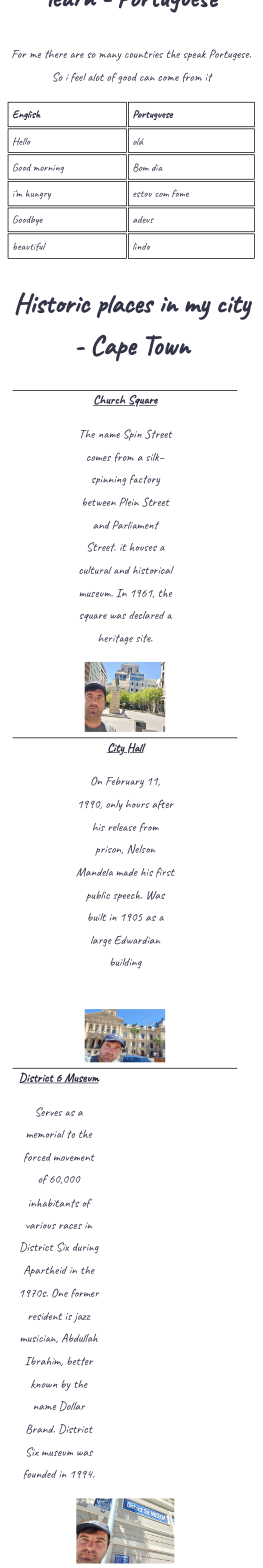
Repository: lasity34/basic-webpage
Page: my - webpage - grid.html
These files come from the project's save history. The page is drawn as it stood at one moment and after the next save; the edit follows.
The browser window is 375 px wide. The pictures show the part of the page from y = 972 to 3212 px (the page is 3212 px tall before and 2736 px after), at 70% of full size.

Above is the page before, as saved 2023-03-06 14:56:06.

### my - webpage - grid.html
<!DOCTYPE html>
<html lang="en">
  <link rel="stylesheet" type="text/css" href="simple-grid.css" />
  <!-- <link rel="stylesheet" type="text/css" href="styles.css" /> -->
  <link rel="preconnect" href="https://fonts.googleapis.com" />
  <link rel="preconnect" href="https://fonts.gstatic.com" crossorigin />
  <link
    href="https://fonts.googleapis.com/css2?family=Caveat&display=swap"
    rel="stylesheet"
  />

  <head>
    <meta charset="UTF-8" />
    <meta http-equiv="X-UA-Compatible" content="IE=edge" />
    <meta name="viewport" content="width=device-width, initial-scale=1.0" />
    <title>Bjorns Profile Reponsive</title>
  </head>
  <body>
    <main>
      <section id="profile_section">
        <h1 id="profile_name col-3">Bjorn Worrall</h1>
        <img
          class="col-4-sm"
          id="profile_img"
          src="../images/profile.jpg"
          alt="A picture of me with table Mountain at the back"
        />
      </section>
      <section id="city_section">
        <div id="city_container">
          <h1>City I would like to visit - Zurich</h1>
          <img src="../images/zurich.jpg" width="100%" />
        </div>
        <p>
          Zurich is firstly the Captial of Switzerland. A country that has a lot
          of beauty to it. Zurich sits on a beautiful lake called Lake Zurich
          There is also I alot of rich history there as well. With early
          settlements dating back to 6400 years ago. So i would love to explore
          and enjoy the history and nature of Zurich
        </p>
      </section>
      <section id="language">
        <h1>Language I would like to learn - Portuguese</h1>
        <p>
          For me there are so many countries the speak Portugese. So i feel alot
          of good can come from it
        </p>

        <table>
          <tr>
            <th>English</th>
            <th>Portuguese</th>
          </tr>
          <tr>
            <td>Hello</td>
            <td>olá</td>
          </tr>
          <tr>
            <td>Good morning</td>
            <td>Bom dia</td>
          </tr>
          <tr>
            <td>i'm hungry</td>
            <td>estou com fome</td>
          </tr>
          <tr>
            <td>Goodbye</td>
            <td>adeus</td>
          </tr>
          <tr>
            <td>beautiful</td>
            <td>lindo</td>
          </tr>
        </table>
      </section>
      <section class="history_container">
        <h1>Historic places in my city - Cape Town</h1>
        <div class="container">
          <div class="row places_container">
            <h4>Church Square</h4>
            <div class="align">
              <div class="col-6-sm">
                <p>
                  The name Spin Street comes from a silk–spinning factory
                  between Plein Street and Parliament Street. it houses a
                  cultural and historical museum. In 1961, the square was
                  declared a heritage site.
                </p>
              </div>
              <img
                class="col-5-sm"
                height="100vh"
                src="../images/church_square.jpg"
              />
            </div>
          </div>
          <div class="row places_container">
            <h4>City Hall</h4>
            <div class="align">
              <img class="col-5-sm" src="../images/city_hall.jpg" />
              <div class="col-6-sm" id="places_info_hall">
                <p>
                  On February 11, 1990, only hours after his release from
                  prison, Nelson Mandela made his first public speech. Was built
                  in 1905 as a large Edwardian building
                </p>
              </div>
            </div>
          </div>
          <div class="col-4 row places_container">
            <div class="col-5-sm">
              <h4>District 6 Museum</h4>
              <p>
                Serves as a memorial to the forced movement of 60,000
                inhabitants of various races in District Six during Apartheid in
                the 1970s. One former resident is jazz musician, Abdullah
                Ibrahim, better known by the name Dollar Brand. District Six
                museum was founded in 1994.
              </p>
            </div>
            <img class="col-6-sm" src="../images/district_6.jpg" />
          </div>
        </div>
      </section>
    </main>
  </body>
</html>

### simple-grid.css
/**
*** SIMPLE GRID
*** (C) ZACH COLE 2016
**/

@import url(https://fonts.googleapis.com/css?family=Lato:400,300,300italic,400italic,700,700italic);

/* UNIVERSAL */

html,
body {
  height: 100%;
  width: 100%;
  margin: 0;
  padding: 0;
  left: 0;
  top: 0;
  font-size: 100%;
}

/* ROOT FONT STYLES */

* {
  font-family: "Lato", Helvetica, sans-serif;
  color: #333447;
  line-height: 1.5;
}

/* TYPOGRAPHY */

h1 {
  font-size: 2.5rem;
}

h2 {
  font-size: 2rem;
}

h3 {
  font-size: 1.375rem;
}

h4 {
  font-size: 1.125rem;
  text-align: left;
  margin: 0;
  text-decoration: underline;
}

h5 {
  font-size: 1rem;
}

h6 {
  font-size: 0.875rem;
}

p {
  font-size: 1.125rem;
  font-weight: 200;
  line-height: 1.8;
}

.font-light {
  font-weight: 300;
}

.font-regular {
  font-weight: 400;
}

.font-heavy {
  font-weight: 700;
}

/* POSITIONING */

.left {
  text-align: left;
}

.right {
  text-align: right;
}

.center {
  text-align: center;
  margin-left: auto;
  margin-right: auto;
}

.justify {
  text-align: justify;
}

/* ==== GRID SYSTEM ==== */

.container {
  width: 95%;
  margin-left: auto;
  margin-right: auto;
}

.row {
  position: relative;
  width: 100%;
}



.col-1,
.col-2,
.col-3,
.col-4,
.col-5,
.col-6,
.col-7,
.col-8,
.col-9,
.col-10,
.col-11,
.col-12 {
  width: 96%;
}

.col-1-sm {
  width: 4.33%;
}

.col-2-sm {
  width: 12.66%;
}

.col-3-sm {
  width: 21%;
}

.col-4-sm {
  width: 29.33%;
}

.col-5-sm {
  width: 37.66%;
}

.col-6-sm {
  width: 46%;
}

.col-7-sm {
  width: 54.33%;
}

.col-8-sm {
  width: 62.66%;
}

.col-9-sm {
  width: 71%;
}

.col-10-sm {
  width: 79.33%;
}

.col-11-sm {
  width: 87.66%;
}

.col-12-sm {
  width: 96%;
}

.row::after {
  content: "";
  display: table;
  clear: both;
}

.hidden-sm {
  display: none;
}

@media only screen and (min-width: 33.75em) {
  /* 540px */
  .container {
    width: 0%;
  }
}

@media only screen and (min-width: 45em) {
  /* 720px */
  .col-1 {
    width: 4.33%;
  }

  .col-2 {
    width: 12.66%;
  }

  .col-3 {
    width: 21%;
  }

  .col-4 {
    width: 29.33%;
  }

  .col-5 {
    width: 37.66%;
  }

  .col-6 {
    width: 46%;
  }

  .col-7 {
    width: 54.33%;
  }

  .col-8 {
    width: 62.66%;
  }

  .col-9 {
    width: 71%;
  }

  .col-10 {
    width: 79.33%;
  }

  .col-11 {
    width: 87.66%;
  }

  .col-12 {
    width: 96%;
  }

  .hidden-sm {
    display: block;
  }
}

@media only screen and (min-width: 60em) {
  /* 960px */
  .container {
    width: 95%;
    max-width: 60rem;
  }
}

* {
  font-family: "Caveat", "Arial Narrow", Arial, sans-serif;
}

main {
  max-width: 95%;
  margin: 2rem auto;
  text-align: center;
}

#profile_section {
  text-align: center;
}

table {
  margin: auto;
}

td,
th {
  border: 1px solid black;
  padding: 0.3em;
  width: 1%;
  text-align: left;
}



.align {
  display: flex;
  align-items: center;
}

@media (max-width: 497px) {
  .places_container {

    flex-direction: column;
    margin: 0.5em 0;
    padding: 0 0.5em;
    border-top: 1px black solid;
    width: 90%;
  }

  .align {
    text-align: center;
    flex-direction: column;
  }

  .row {
    float: none;
  }

  #places_info_hall {
    order: -1;
    padding-left: 0;
  }

  .places_info,
  #places_info_hall {
    margin-bottom: 2em;
  }

  /* .col-5-sm,
  .col-6-sm {
    width: 100%;
  } */
  h4 {
    text-align: center;
  }
}

@media (min-width: 800px) {
  .history_container {
    margin-bottom: 1em;
  }
}

After the next save:
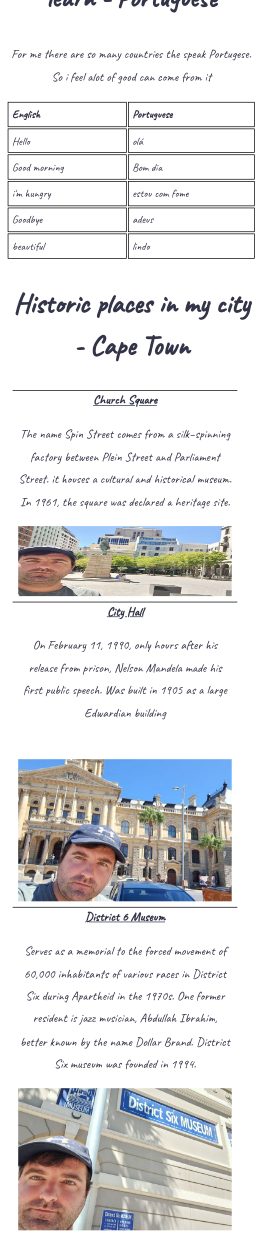
Saved 59 s later.
--- a/simple-grid.css
+++ b/simple-grid.css
@@ -313,13 +313,15 @@ th {
     margin-bottom: 2em;
   }
 
-  /* .col-5-sm,
+  .col-5-sm,
   .col-6-sm {
     width: 100%;
-  } */
-  h4 {
-    text-align: center;
-  }
+  }
+
+
+h4 {
+  text-align: center;
+}
 }
 
 @media (min-width: 800px) {
